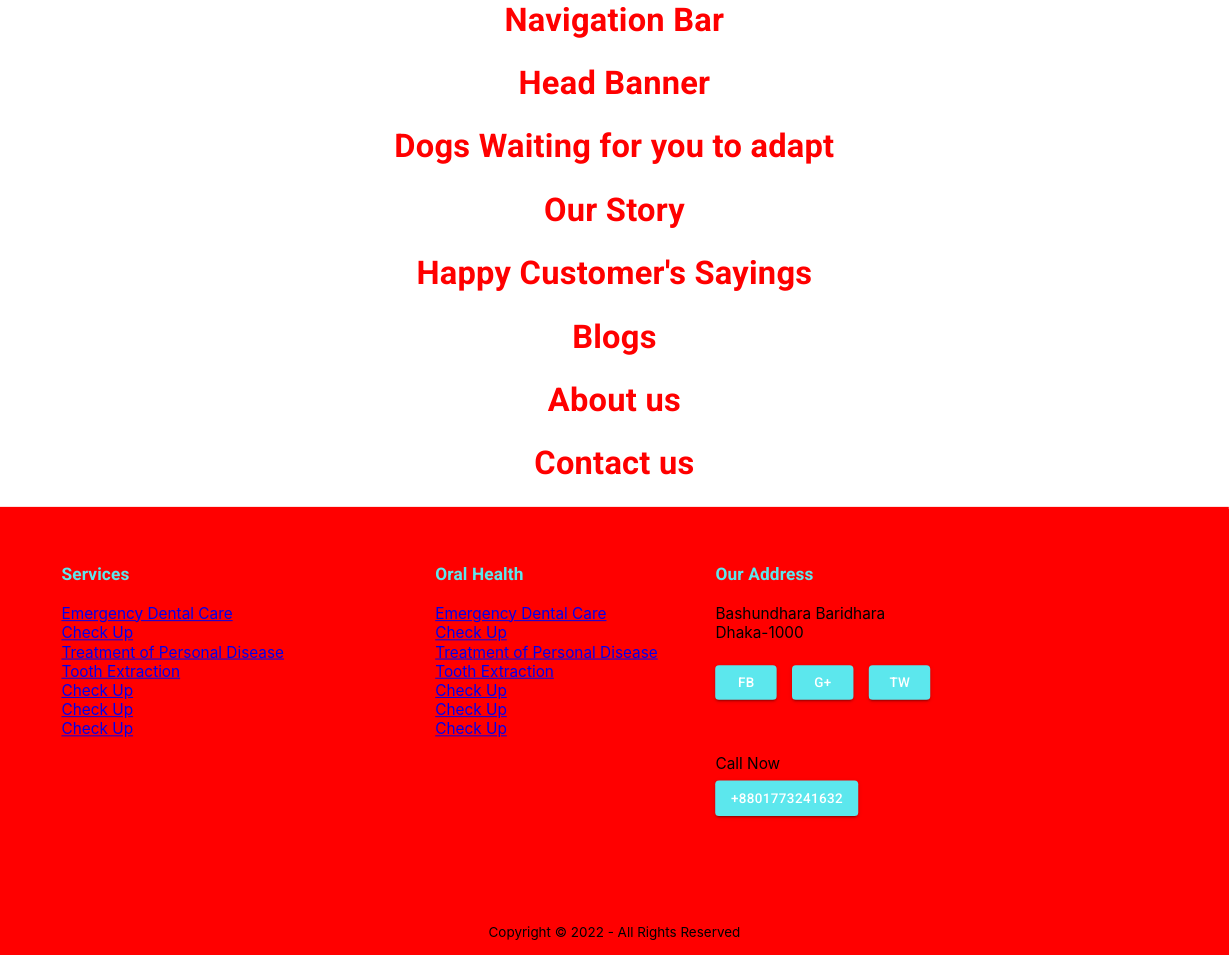
Repository: Sharif-00112/dogos-paradise-client
Page: /
An editor plug-in stored every save of this project. The page is shown before and after the next save, followed by the edit.
The browser window is 1280 px wide. The pictures show the whole page, at 96% of full size.
The project was rebuilt for these pictures with package versions that can differ from the ones it lists, and the page was loaded fresh each time. Also part of the build but not shown: src/Pages/Login/Login/Login.js, src/Pages/Login/Register/Register.js, src/Pages/NotFound/NotFound.js.

Above is the page before, as saved 2022-11-30 22:27:26.

### public/index.html
<!DOCTYPE html>
<html lang="en">
  <head>
    <meta charset="utf-8" />
    <link rel="icon" href="%PUBLIC_URL%/favicon.ico" />
    <meta name="viewport" content="width=device-width, initial-scale=1" />
    <meta name="theme-color" content="#000000" />
    <meta
      name="description"
      content="Web site created using create-react-app"
    />
    <link
      rel="stylesheet" href="https://fonts.googleapis.com/css?family=Roboto:300,400,500,700&display=swap"
    />

    <link rel="apple-touch-icon" href="%PUBLIC_URL%/logo192.png" />
    <!--
      manifest.json provides metadata used when your web app is installed on a
      user's mobile device or desktop. See https://developers.google.com/web/fundamentals/web-app-manifest/
    -->
    <link rel="manifest" href="%PUBLIC_URL%/manifest.json" />
    <!--
      Notice the use of %PUBLIC_URL% in the tags above.
      It will be replaced with the URL of the `public` folder during the build.
      Only files inside the `public` folder can be referenced from the HTML.

      Unlike "/favicon.ico" or "favicon.ico", "%PUBLIC_URL%/favicon.ico" will
      work correctly both with client-side routing and a non-root public URL.
      Learn how to configure a non-root public URL by running `npm run build`.
    -->
    <title>React App</title>
  </head>
  <body>
    <noscript>You need to enable JavaScript to run this app.</noscript>
    <div id="root"></div>
    <!--
      This HTML file is a template.
      If you open it directly in the browser, you will see an empty page.

      You can add webfonts, meta tags, or analytics to this file.
      The build step will place the bundled scripts into the <body> tag.

      To begin the development, run `npm start` or `yarn start`.
      To create a production bundle, use `npm run build` or `yarn build`.
    -->
  </body>
</html>

### src/App.js
import React  from 'react';
import './App.css';
import { BrowserRouter as Router, Route, Routes} from 'react-router-dom';
import Home from './Pages/Home/Home/Home';
import Login from './Pages/Login/Login/Login';
import Register from './Pages/Login/Register/Register';
import AuthProvider from './contexts/AuthProvider/AuthProvider';
// import PrivateRoute from './Pages/Login/PrivateRoute/PrivateRoute';
import NotFound from './Pages/NotFound/NotFound';
import Contact from './Pages/Home/Contact/Contact';
import Products from './Pages/Home/Products/Products';
import Story from './Pages/Home/Story/Story';
import CustomerReviews from './Pages/Home/CustomerReviews/CustomerReviews';
import Blogs from './Pages/Home/Blogs/Blogs';
import About from './Pages/Home/About/About';
// import Footer from './Pages/Shared/Footer/Footer';
// import Dashboard from './Pages/Dashboard/Dashboard/Dashboard';

function App() {
  return (
    <div className="App">
      <AuthProvider>
        <Router>
          <Routes>
            <Route exact path = '/' element={<Home/>}/>
            <Route exact path = '/home' element={<Home/>}/>
            <Route exact path = '/login' element={<Login/>}/>
            <Route exact path = '/register' element={<Register/>}/>
            <Route exact path = '/contact' element={<Contact/>}/>
            <Route exact path = '/products' element={<Products/>}/>
            <Route exact path = '/story' element={<Story/>}/>
            <Route exact path = '/reviews' element={<CustomerReviews/>}/>
            <Route exact path = '/blogs' element={<Blogs/>}/>
            <Route exact path = '/about' element={<About/>}/>
            {/* <Route exact path = '/appointment' element = {
              <PrivateRoute>
                <Appointment></Appointment>
              </PrivateRoute>
            }> </Route> */}
            {/* <Route path = 'dashboard/*' element = {
              <PrivateRoute>
                <Dashboard></Dashboard>
              </PrivateRoute>
            }> </Route> */}
            <Route path = '*' element={<NotFound/>}/>
          </Routes>
          {/* <Footer></Footer> */}
        </Router>
      </AuthProvider>
    </div>
  );
}

export default App;

### src/Pages/Home/Home/Home.js
import React from 'react';
import Footer from '../../Shared/Footer/Footer';
import Navigation from '../../Shared/Navigation/Navigation';
import About from '../About/About';
import Banner from '../Banner/Banner';
import Blogs from '../Blogs/Blogs';
import Contact from '../Contact/Contact';
import CustomerReviews from '../CustomerReviews/CustomerReviews';
import Products from '../Products/Products';
import Story from '../Story/Story';

const Home = () => {
    return (
        <div>
            <Navigation></Navigation>
            <Banner></Banner>
            <Products></Products>
            <Story></Story>
            <CustomerReviews></CustomerReviews>
            <Blogs></Blogs>
            <About></About>
            <Contact></Contact>
            <Footer></Footer>
        </div>
    );
};

export default Home;

### src/contexts/AuthProvider/AuthProvider.js
import React from 'react';
import { createContext } from 'react';
import useFirebase from '../../hooks/useFirebase';

//step-1-context
export const AuthContext = createContext();

const AuthProvider = (props) => {
    //step-3-context
    const {children} = props;

    //step-5-context
    const allContexts = useFirebase();

    return (
        //step-2-context
        <AuthContext.Provider value={allContexts}>
            {children}
        </AuthContext.Provider>
    );
};

export default AuthProvider;

### src/Pages/Home/Contact/Contact.js
import React from 'react';
import { Typography } from '@mui/material';

const Contact = () => {
    return (
        <div>
            <Typography sx={{ m: 3, color: 'red', fontWeight: 600 }} variant="h4" component="div">
                Contact us
            </Typography>
        </div>
    );
};

export default Contact;

### src/Pages/Home/Products/Products.js
import React from 'react';
import { Typography } from '@mui/material';

const Products = () => {
    return (
        <div>
            <Typography sx={{ m: 3, color: 'red', fontWeight: 600 }} variant="h4" component="div">
                Dogs Waiting for you to adapt
            </Typography>
        </div>
    );
};

export default Products;

### src/Pages/Home/Story/Story.js
import React from 'react';
import { Typography } from '@mui/material';


const Story = () => {
    return (
        <div>
            <Typography sx={{ m: 3, color: 'red', fontWeight: 600 }} variant="h4" component="div">
                Our Story
            </Typography>
        </div>
    );
};

export default Story;

### src/Pages/Home/CustomerReviews/CustomerReviews.js
import React from 'react';
import { Typography } from '@mui/material';


const CustomerReviews = () => {
    return (
        <div>
            <Typography sx={{ m: 3, color: 'red', fontWeight: 600 }} variant="h4" component="div">
                Happy Customer's Sayings
            </Typography>
        </div>
    );
};

export default CustomerReviews;

### src/Pages/Home/Blogs/Blogs.js
import React from 'react';
import { Typography } from '@mui/material';


const Blogs = () => {
    return (
        <div>
            <Typography sx={{ m: 3, color: 'red', fontWeight: 600 }} variant="h4" component="div">
                Blogs
            </Typography>
        </div>
    );
};

export default Blogs;

### src/Pages/Home/About/About.js
import React from 'react';
import { Typography } from '@mui/material';

const About = () => {
    return (
        <div>
            <Typography sx={{ m: 3, color: 'red', fontWeight: 600 }} variant="h4" component="div">
                About us
            </Typography>
        </div>
    );
};

export default About;

### src/Pages/Shared/Footer/Footer.js
import React from 'react';
import { Typography } from '@mui/material';
import { Container } from '@mui/system';
import Box from '@mui/material/Box';
import Grid from '@mui/material/Unstable_Grid2';
import { Link } from 'react-router-dom';
import { Button } from '@mui/material';


const Footer = () => {
    return (
        // <div>
        //     <Typography sx={{ m: 3, color: 'red', fontWeight: 600 }} variant="h4" component="div">
        //         Footer Area
        //     </Typography>
        // </div>

        <div style={{ backgroundColor: 'red' }}>
        <Container sx={{ py: 5 }}>
            <Box sx={{ flexGrow: 1 }}>
                <Grid container spacing={2}>
                    <Grid item style={{ textAlign: 'left'}} xs={4} md={4}>
                        <Typography sx={{ my:2, fontSize: 18, fontWeight: 600 }} style={{color: '#5CE7ED'}} variant="h6" component="div">
                            Services
                        </Typography>
                        <Link to = '/emergencyDentalCare'>
                            Emergency Dental Care
                        </Link>
                        <br />
                        <Link to = '/checkUp'>
                            Check Up
                        </Link>
                        <br />
                        <Link to = '/treatmentOfPersonalDisease'>
                            Treatment of Personal Disease
                        </Link>
                        <br />
                        <Link to = '/toothExtraction'>
                            Tooth Extraction
                        </Link>
                        <br />
                        <Link to = '/checkUp'>
                            Check Up
                        </Link>
                        <br />
                        <Link to = '/checkUp'>
                            Check Up
                        </Link>
                        <br />
                        <Link to = '/checkUp'>
                            Check Up
                        </Link>
                    </Grid>
                    <Grid item style={{ textAlign: 'left'}} xs={6} md={3}>
                        <Typography sx={{ my:2, fontSize: 18, fontWeight: 600 }} style={{color: '#5CE7ED'}} variant="h6" component="div">
                            Oral Health
                        </Typography>
                        <Link to = '/emergencyDentalCare'>
                            Emergency Dental Care
                        </Link>
                        <br />
                        <Link to = '/checkUp'>
                            Check Up
                        </Link>
                        <br />
                        <Link to = '/treatmentOfPersonalDisease'>
                            Treatment of Personal Disease
                        </Link>
                        <br />
                        <Link to = '/toothExtraction'>
                            Tooth Extraction
                        </Link>
                        <br />
                        <Link to = '/checkUp'>
                            Check Up
                        </Link>
                        <br />
                        <Link to = '/checkUp'>
                            Check Up
                        </Link>
                        <br />
                        <Link to = '/checkUp'>
                            Check Up
                        </Link>
                    </Grid>
                    <Grid item style={{ textAlign: 'left'}} xs={6} md={3}>
                        <Typography sx={{ my:2, fontSize: 18, fontWeight: 600 }} style={{color: '#5CE7ED'}} variant="h6" component="div">
                            Our Address
                        </Typography>
                        <Typography sx={{ fontSize: 16, fontWeight: 400 }} variant="" component="div">
                                Bashundhara Baridhara <br />
                                Dhaka-1000
                        </Typography>

                        {/* <Button>
                            <FontAwesomeIcon icon={faShoppingCart} /> Cart
                            <FontAwesomeIcon icon="fa-brands fa-facebook" />
                        </Button> */}

                        <a href="https://www.facebook.com/" target="_blank" style={{ textDecoration:'none', color:'white' }}>
                            <Button sx={{ mt:3, mr:2 }} variant="contained" style={{backgroundColor: '#5CE7ED'}}>
                                FB
                            </Button>
                        </a>
                        <a href="https://www.google.com/" target="_blank" style={{ textDecoration:'none', color:'white' }}>
                            <Button sx={{ mt:3, mr:2 }} variant="contained" style={{backgroundColor: '#5CE7ED'}}>
                                G+
                            </Button>
                        </a>
                        <a href="https://twitter.com/" target="_blank" style={{ textDecoration:'none', color:'white' }}>
                            <Button sx={{ mt:3, mr:2 }} variant="contained" style={{backgroundColor: '#5CE7ED'}}>
                                TW
                            </Button>
                        </a>

                        <Typography sx={{ mt:7, fontSize: 16, fontWeight: 400 }} variant="" component="div">
                                Call Now
                        </Typography>
                        <a href="tel:+8801773241632" style={{ textDecoration:'none', color:'white' }}>
                            <Button sx={{ mt:1, mr:2 }} variant="contained" style={{backgroundColor: '#5CE7ED'}}>
                                +8801773241632
                            </Button>
                        </a>
                    </Grid>
                </Grid>
            </Box>
        </Container>
        <Typography sx={{ p:2, mt:7, fontSize: 14, fontWeight: 400 }} variant="" component="div">
            Copyright &copy; 2022 - All Rights Reserved
        </Typography>
    </div>
    );
};

export default Footer;

### src/Pages/Shared/Navigation/Navigation.js
import React from 'react';
import { Typography } from '@mui/material';

const Navigation = () => {
    return (
        <div>
            <Typography sx={{ mx: 3, color: 'red', fontWeight: 600 }} variant="h4" component="div">
                Navigation Bar
            </Typography>
        </div>
    );
};

export default Navigation;

### src/Pages/Home/Banner/Banner.js
import React from 'react';
import { Typography } from '@mui/material';

const Banner = () => {
    return (
        <div>
            <Typography sx={{ m: 3, color: 'red', fontWeight: 600 }} variant="h4" component="div">
                Head Banner
            </Typography>
        </div>
    );
};

export default Banner;

### src/Pages/Login/Firebase/firebase.initialize.js
import { initializeApp } from "firebase/app";
import firebaseConfig from "./firebase.config";

const initializeAuthentication = () =>{
    initializeApp(firebaseConfig);
}

export default initializeAuthentication;

### src/Pages/Login/Firebase/firebase.config.js
// console.log(process.env);

const firebaseConfig = {
  apiKey: process.env.REACT_APP_FIREBASE_API_KEY,
  authDomain: process.env.REACT_APP_FIREBASE_AUTH_DOMAIN,
  projectId: process.env.REACT_APP_FIREBASE_PROJECT_ID,
  storageBucket: process.env.REACT_APP_FIREBASE_STORAGE_BUCKET,
  messagingSenderId: process.env.REACT_APP_FIREBASE_MESSAGING_SENDER_ID,
  appId: process.env.REACT_APP_FIREBASE_APP_ID,
  measurementId: process.env.REACT_APP_FIREBASE_MEASUREMENT_ID
};

export default firebaseConfig;

// .env.local
// REACT_APP_FIREBASE_API_KEY=AIzaSyCGaQ8G2l5KeOKX4bAJ7MC19oWW_2vnTNQ
// REACT_APP_FIREBASE_AUTH_DOMAIN=dogos-paradise.firebaseapp.com
// REACT_APP_FIREBASE_PROJECT_ID=dogos-paradise
// REACT_APP_FIREBASE_STORAGE_BUCKET=dogos-paradise.appspot.com
// REACT_APP_FIREBASE_MESSAGING_SENDER_ID=824394057307
// REACT_APP_FIREBASE_APP_ID=1:824394057307:web:727ac0c86627b9544a617e
// REACT_APP_FIREBASE_MEASUREMENT_ID=G-DL8JJ6MYSD

// const firebaseConfig = {
  // apiKey: "AIzaSyCGaQ8G2l5KeOKX4bAJ7MC19oWW_2vnTNQ",
  // authDomain: "dogos-paradise.firebaseapp.com",
  // projectId: "dogos-paradise",
  // storageBucket: "dogos-paradise.appspot.com",
  // messagingSenderId: "824394057307",
  // appId: "1:824394057307:web:727ac0c86627b9544a617e",
  // measurementId: "G-DL8JJ6MYSD"
// };

Loaded but not shown: src/index.js (common file); src/index.css (common file); src/reportWebVitals.js (common file); src/App.css (common file); src/hooks/useFirebase.js (273 lines, source omitted)

After the next save:
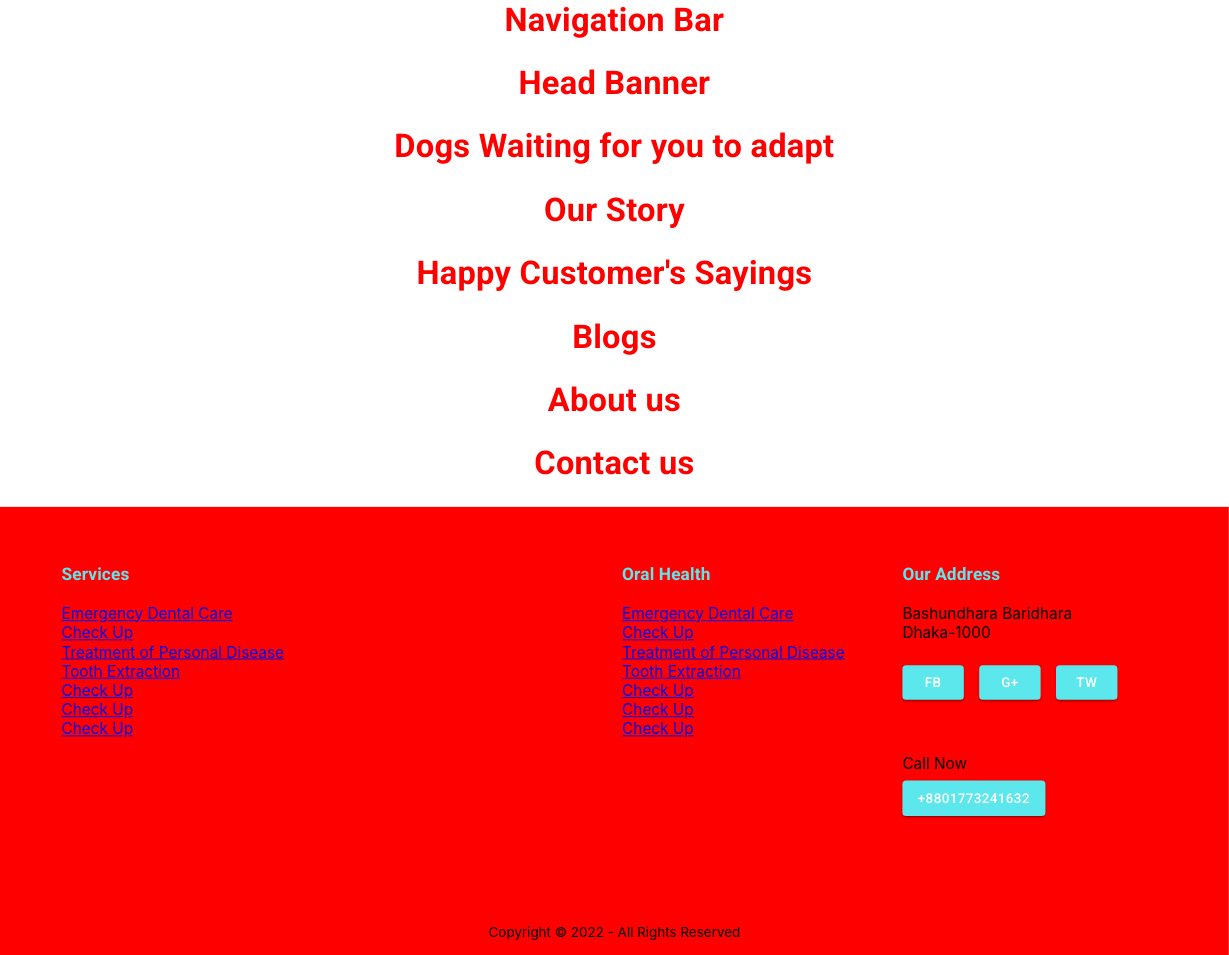
Saved 13 s later.
--- a/src/Pages/Shared/Footer/Footer.js
+++ b/src/Pages/Shared/Footer/Footer.js
@@ -19,7 +19,7 @@ const Footer = () => {
         <Container sx={{ py: 5 }}>
             <Box sx={{ flexGrow: 1 }}>
                 <Grid container spacing={2}>
-                    <Grid item style={{ textAlign: 'left'}} xs={4} md={4}>
+                    <Grid item style={{ textAlign: 'left'}} xs={6} md={6}>
                         <Typography sx={{ my:2, fontSize: 18, fontWeight: 600 }} style={{color: '#5CE7ED'}} variant="h6" component="div">
                             Services
                         </Typography>
